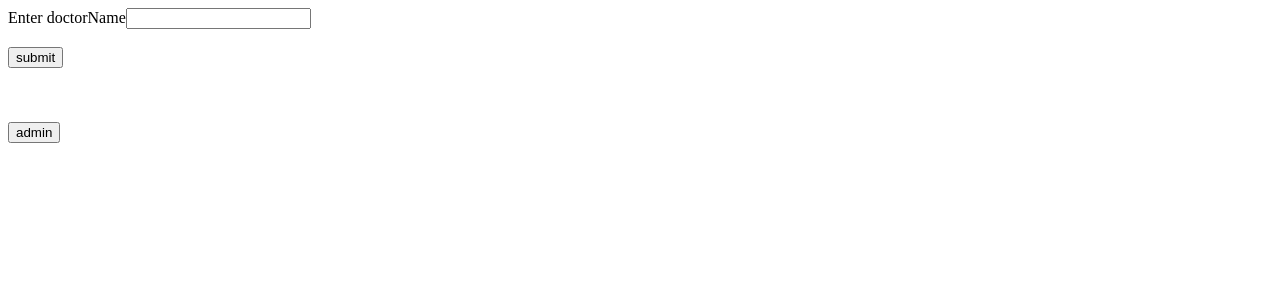
Repository: Kavya-C1/eclipsejava
Page: http://localhost/DoctorAppMaven/
These files come from the project's save history. The page is drawn as it stood at one moment and after the next save; the edit follows.
The browser window is 1280 px wide. The pictures show the whole page.
The page is served by Tomcat 9. Other server files are loaded and not shown.

Above is the page before, as saved 2024-03-15 07:16:42.

### DoctorAppMaven/src/main/webapp/index.jsp
<%@ page language="java" contentType="text/html; charset=ISO-8859-1"
    pageEncoding="ISO-8859-1"%>
<!DOCTYPE html>
<html>
<head>
<meta charset="ISO-8859-1">
<title>Insert title here</title>
</head>
<body>

<form action="loginServlet">
Enter doctorName<input type="text" name="doctorName"><br><br>
<input type="submit" value="submit">

<br><br><br><br>
<input type="submit" value="admin">
</form>

</body>
</html>

After the next save:
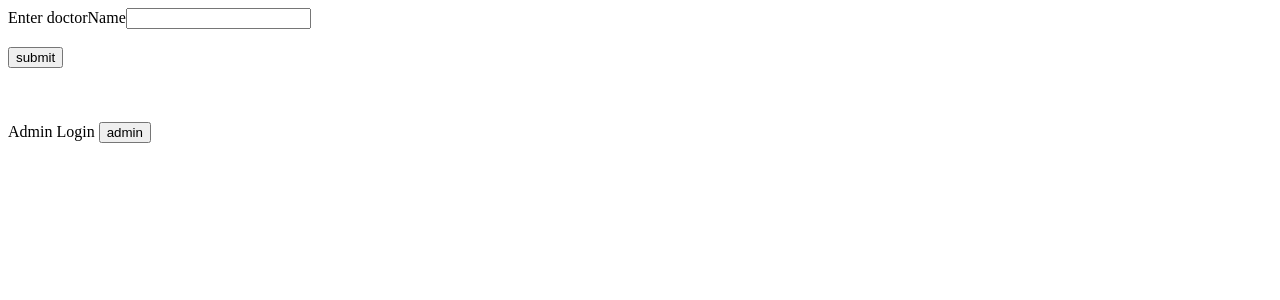
Saved 7 s later.
--- a/DoctorAppMaven/src/main/webapp/index.jsp
+++ b/DoctorAppMaven/src/main/webapp/index.jsp
@@ -13,6 +13,7 @@
 <input type="submit" value="submit">
 
 <br><br><br><br>
+Admin Login
 <input type="submit" value="admin">
 </form>
 
